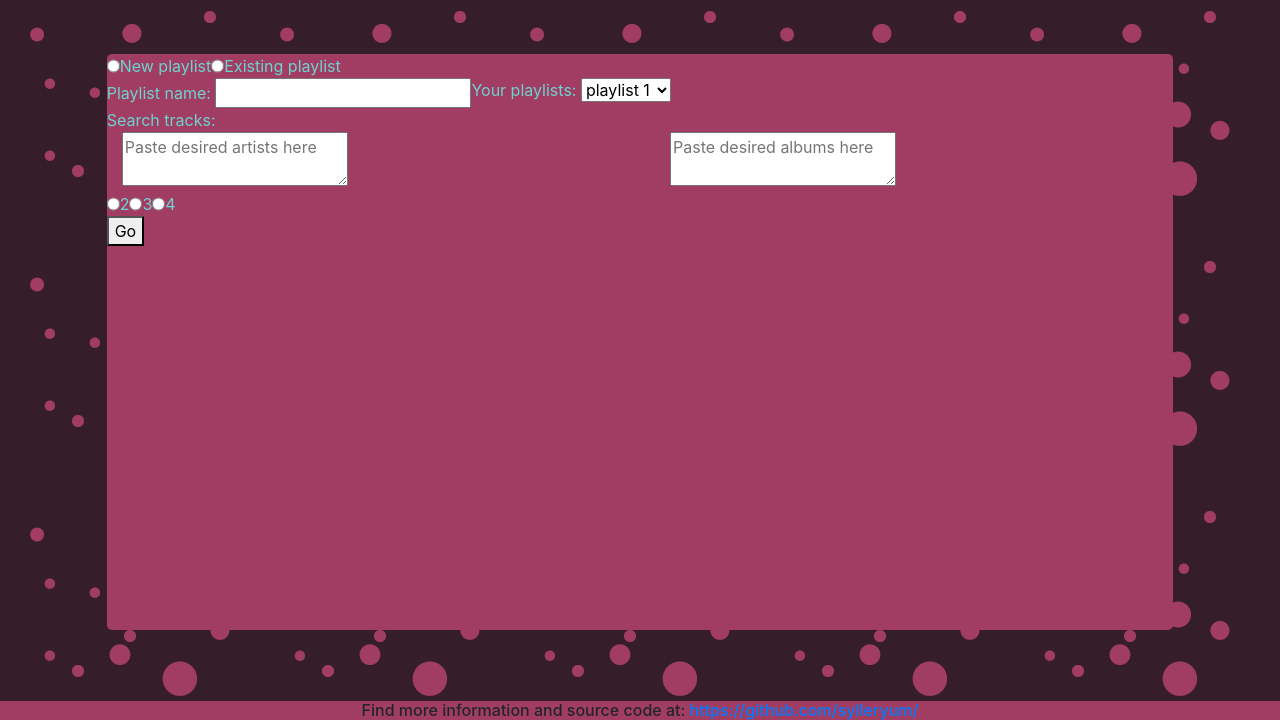
Repository: sylleryum/Frontend
Page: GetTopTracks/index.html
These files come from the project's save history. The page is drawn as it stood at one moment and after a run of saves; the edit follows.
The browser window is 1280 px wide. The pictures show the whole page.

Above is the page before, as saved 2019-10-13 16:03:38.

### GetTopTracks/index.html
<!doctype html>
<html lang="en">

<head>
     <title>Get top tracks from Artists and albums</title>
     <!-- Required meta tags -->
     <meta charset="utf-8">
     <meta name="viewport" content="width=device-width, initial-scale=1, shrink-to-fit=no">

     <!-- Bootstrap CSS -->
     <link rel="stylesheet" href="https://stackpath.bootstrapcdn.com/bootstrap/4.3.1/css/bootstrap.min.css"
          integrity="sha384-ggOyR0iXCbMQv3Xipma34MD+dH/1fQ784/j6cY/iJTQUOhcWr7x9JvoRxT2MZw1T" crossorigin="anonymous">

     <!-- main CSS-->
     <link rel="stylesheet" href="style.css">

</head>

<body class="background-master">

     <div class="container-fluid h-95">
          <div class="row align-items-center justify-content-center h-95">
               <div class="h-80 col col-md-10 bg-4 text-1 rounded-lg overflow-auto" id="internal-container">
                    <div class="row main-select">
                         <input type="radio" id="rNew" name="playlistRadio" value="new" onchange="radioChecker()">New
                         playlist
                         <input type="radio" id="rExisting" name="playlistRadio" value="existing"
                              onchange="radioChecker()">Existing
                         playlist
                    </div>
                    <div class="row main-playlist">
                         <div id="new-playlist" class="block-style">
                              Playlist name: <input type="text" id="playlistName" name="playlistName" />
                         </div>
                         <div id="existing-playlist" class="block-style">
                              <span>Your playlists:</span>
                              <select name="selectPlaylist">
                                   <option>playlist 1</option>
                                   <option>playlist 2</option>
                                   <option>playlist 3</option>
                                   <option>playlist 4</option>
                                   <!-- <c:forEach var="items" items="${playlists}">
                                        <option value="${items.getId()}">${items.getName()}</option>
                                   </c:forEach> -->
                              </select>
                         </div>
                    </div>
                    <div class="row">
                         Search tracks:
                    </div>
                    <div class="row main-textarea">
                         <div class="col-6">
                              <textarea class="textarea-search" id="searchNameArtist" name="searchNameArtist"
                                   placeholder="Paste desired artists here"></textarea>
                         </div>
                         <div class="col-6">
                              <div class="col-6">
                                   <textarea class="textarea-search" id="searchNameAlbum" name="searchNameAlbum"
                                        placeholder="Paste desired albums here"></textarea>
                              </div>
                         </div>
                    </div>
                    <div class="row track-amount">
                         <input type="radio" id="rAmount2" name="playlistRadio" value="rAmount2" onchange="">2
                         <input type="radio" id="rAmount3" name="playlistRadio" value="rAmount3" onchange="">3
                         <input type="radio" id="rAmount4" name="playlistRadio" value="rAmount4" onchange="">4
                    </div>
                    <div class="row main-go">
                         <button type="submit" id="submit-button">
                              Go
                         </button>
                    </div>
               </div>

          </div>

     </div>
     <footer class="text-center m-0 p-0 bg-4 footer-clear">
          <h6 class="p-0 m-0 text-w">Find more information and source code at: <a href="https://github.com/sylleryum/">
                    https://github.com/sylleryum/</a></h6>

     </footer>







     <!-- Optional JavaScript -->
     <!-- jQuery first, then Popper.js, then Bootstrap JS -->
     <script src="https://code.jquery.com/jquery-3.3.1.slim.min.js"
          integrity="sha384-q8i/X+965DzO0rT7abK41JStQIAqVgRVzpbzo5smXKp4YfRvH+8abtTE1Pi6jizo"
          crossorigin="anonymous"></script>
     <script src="https://cdnjs.cloudflare.com/ajax/libs/popper.js/1.14.7/umd/popper.min.js"
          integrity="sha384-UO2eT0CpHqdSJQ6hJty5KVphtPhzWj9WO1clHTMGa3JDZwrnQq4sF86dIHNDz0W1"
          crossorigin="anonymous"></script>
     <script src="https://stackpath.bootstrapcdn.com/bootstrap/4.3.1/js/bootstrap.min.js"
          integrity="sha384-JjSmVgyd0p3pXB1rRibZUAYoIIy6OrQ6VrjIEaFf/nJGzIxFDsf4x0xIM+B07jRM"
          crossorigin="anonymous"></script>
</body>

</html>

### GetTopTracks/style.css
.footer-clear{
     width: 100%;
     position: fixed;
     bottom: 0%;
}

.background-master{
     background: url(images/bb.png) repeat;
}

.h-100{
     min-height: 100vh;
 }

 .h-95{
     min-height: 95vh;
 }
.h-80{
     min-height: 80vh;
     max-height: 90vh;
 }

 .bg-1{background: #6dd3ce!important}
 .bg-2{background: #c8e9a0!important}
 .bg-3{background: #f7a278!important}
 .bg-4{background: #a13d63!important}
 .bg-5{background: #351e29!important}

.text-1{color: #6dd3ce!important}
.text-2{color: #c8e9a0!important}
.text-3{color: #f7a278!important}
.text-4{color: #a13d63!important}
.text-5{color: #351e29!important}

After the next 2 saves:
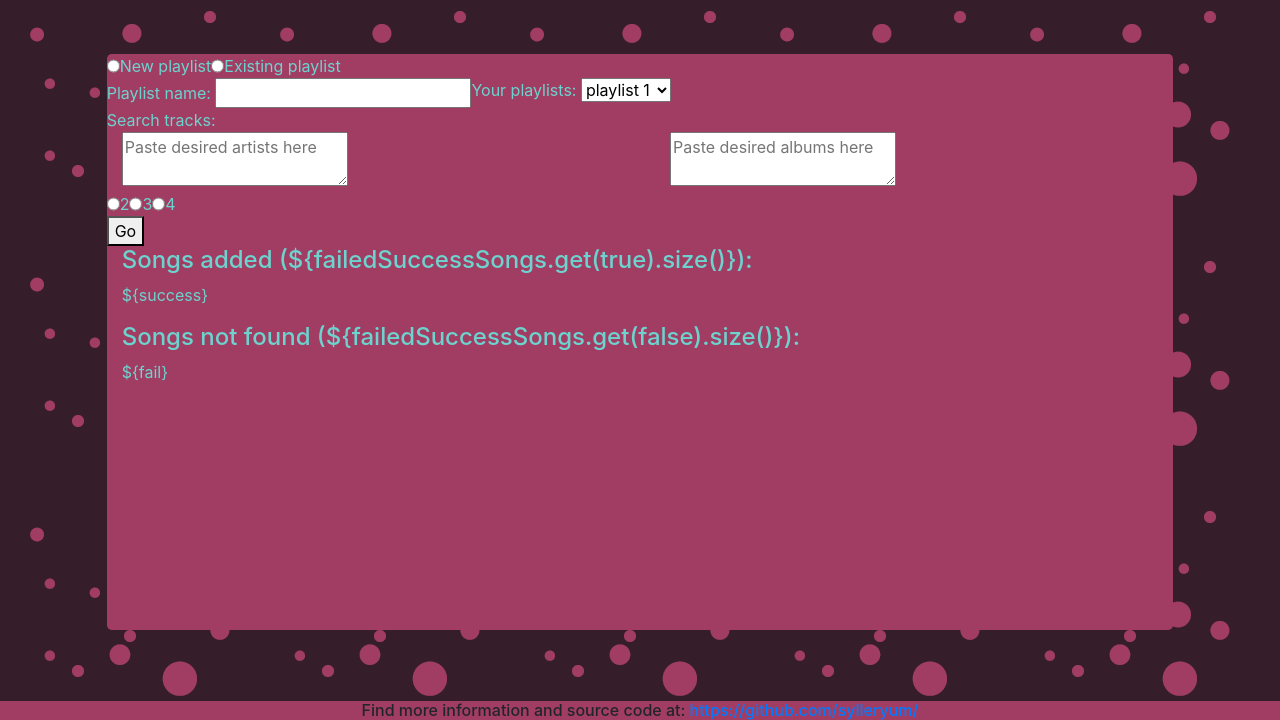
The 2 saves are shown as one change because they came seconds apart.
The last was saved 26 s later.
--- a/GetTopTracks/index.html
+++ b/GetTopTracks/index.html
@@ -70,6 +70,22 @@
                               Go
                          </button>
                     </div>
+
+                    <div class="results-menu">
+                              <div class="success">
+                                  <h4>Songs added (${failedSuccessSongs.get(true).size()}):</h4>
+                                  <c:forEach var="success" items="${failedSuccessSongs.get(true)}">
+                                      <p>${success}</p>
+                                  </c:forEach>
+                              </div>
+                              <div class="failure">
+                                  <h4>Songs not found (${failedSuccessSongs.get(false).size()}):</h4>
+                                  <c:forEach var="fail" items="${failedSuccessSongs.get(false)}">
+                                      <p>${fail}</p>
+                                  </c:forEach>
+                              </div>
+                          </div>
+
                </div>
 
           </div>
